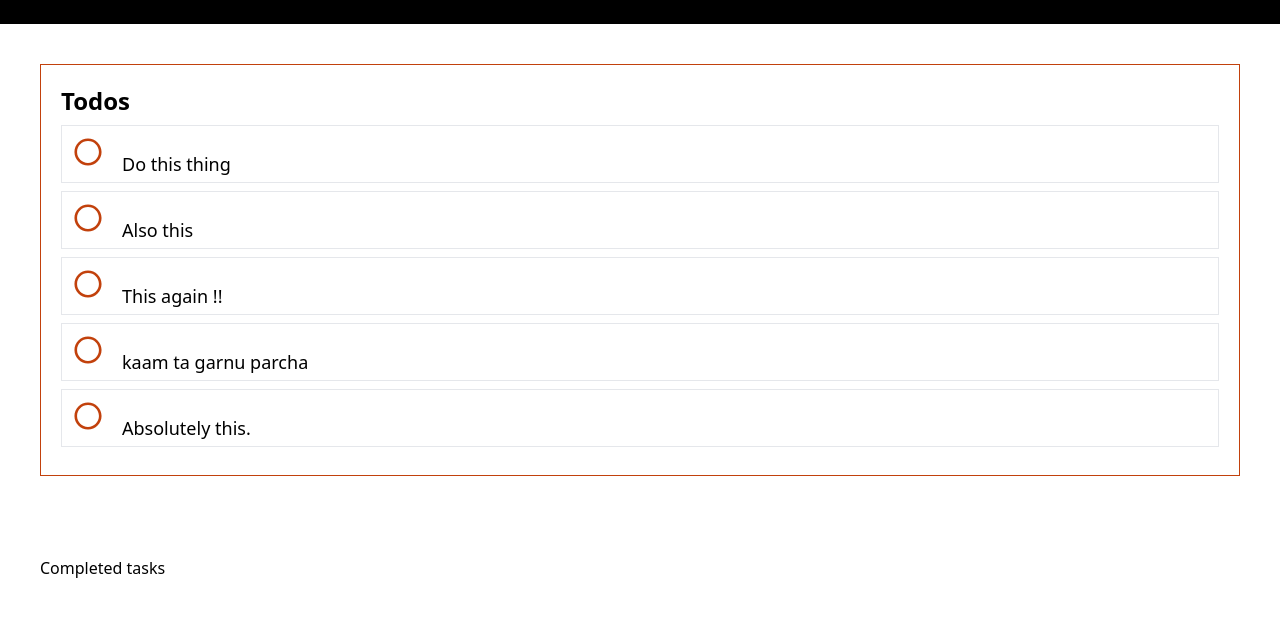
Repository: thekingisherenow/personalTodo
Page: /
An editor plug-in stored every save of this project. The page is shown before and after the next save, followed by the edit.
The browser window is 1280 px wide. The pictures show the whole page.
The project was rebuilt for these pictures with package versions that can differ from the ones it lists, and the page was loaded fresh each time. The framework's server and built-in components were replaced by stand-ins that run in the browser. Also part of the build but not shown: next.config.js, styles/Home.module.css.

Above is the page before, as saved 2022-12-15 17:26:24.

After the next save:
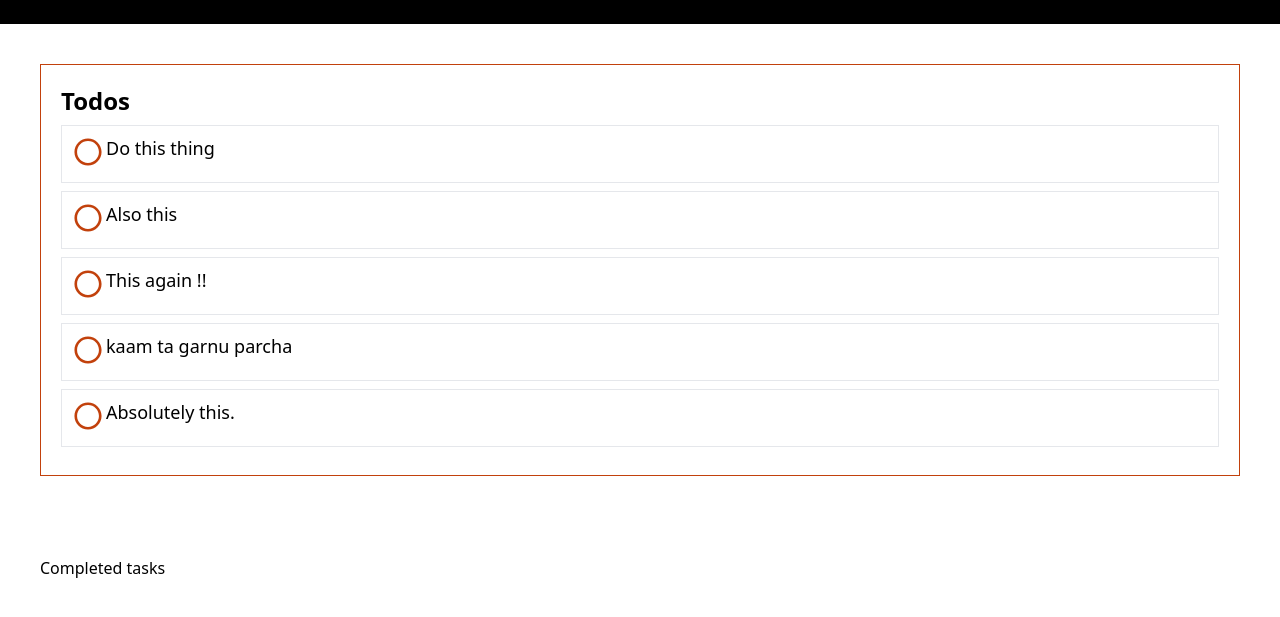
Saved 27 s later.
--- a/components/Todo.js
+++ b/components/Todo.js
@@ -19,7 +19,7 @@ className=' text-orange-700 w-7 h-7 m-auto' /> :
 }
 </div>
 
-      <span className='text-center h-10 text-lg my-auto  p-4 '>{todo}</span>
+      <span className='text-center h-10 text-lg my-auto   '>{todo}</span>
     </div>
   )
 }
